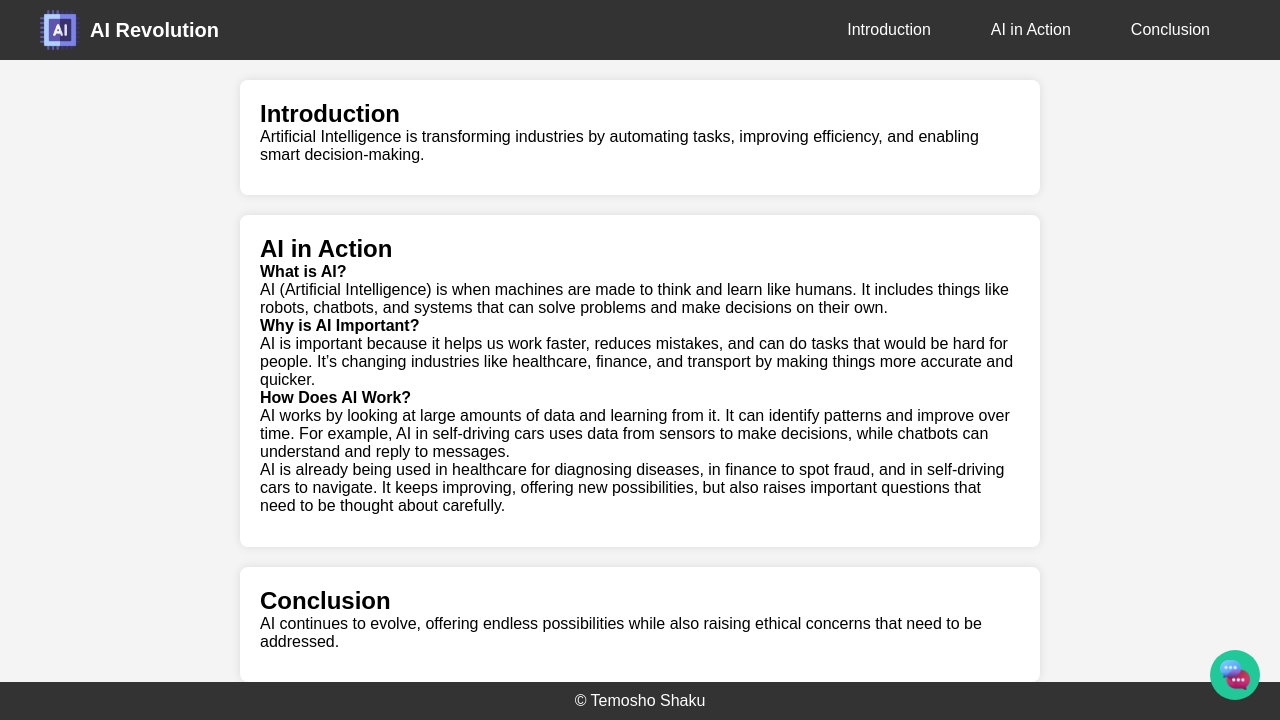
Repository: TemoshoS/ai
Page: index.html
An editor plug-in stored every save of this project. The page is shown before and after the next save, followed by the edit.
The browser window is 1280 px wide. The pictures show the whole page.

Above is the page before, as saved 2025-02-16 16:58:18.

After the next save:
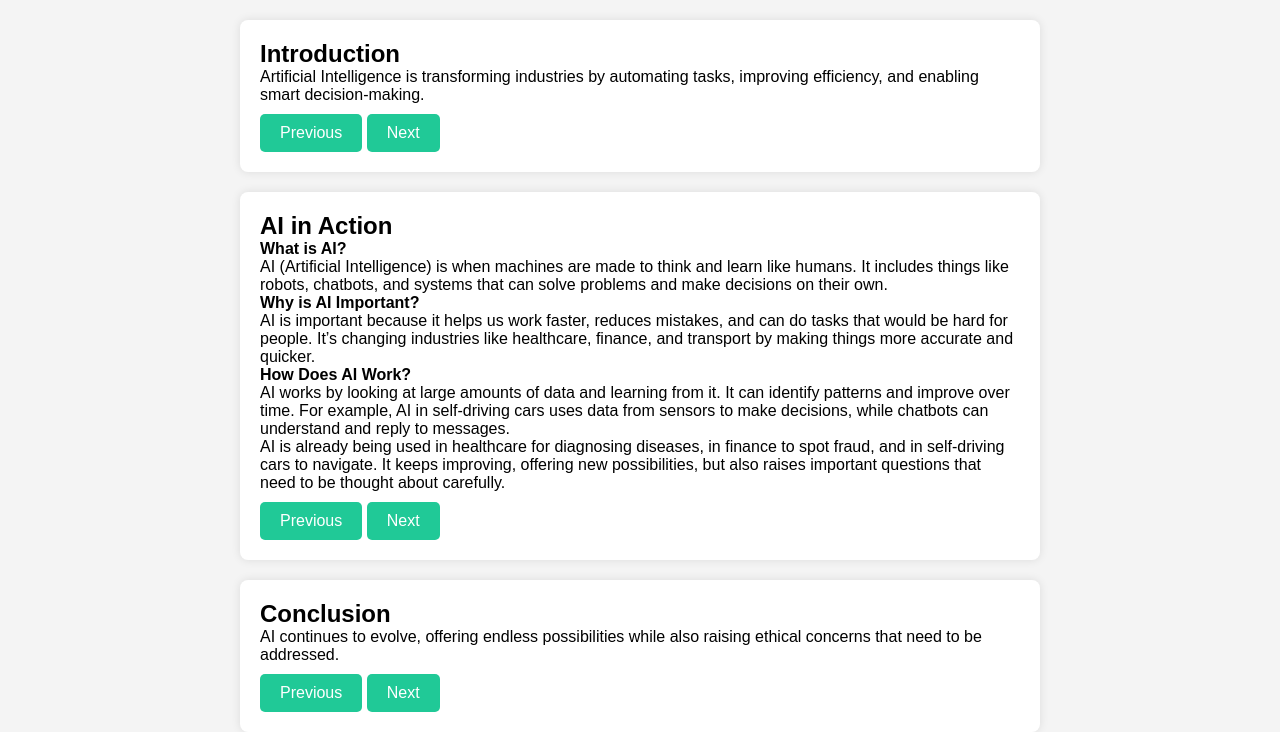
Console error: TypeError: Cannot read properties of null (reading 'addEventListener')
Saved 17 h 34 min later.
--- a/index.html
+++ b/index.html
@@ -3,28 +3,15 @@
 <head>
     <meta charset="UTF-8">
     <meta name="viewport" content="width=device-width, initial-scale=1.0">
-    <title>AI Revolution</title>
+    <title>AI Navigation</title>
     <link rel="stylesheet" href="styles.css">
 </head>
 <body>
-
-    <nav>
-        <div class="nav-container">
-            <div class="logo">
-                <img src="./ai.png" alt="AI Logo">
-                <span>AI Revolution</span>
-            </div>
-            <ul class="nav-links">
-                <li><a href="#intro">Introduction</a></li>
-                <li><a href="#body">AI in Action</a></li>
-                <li><a href="#conclusion">Conclusion</a></li>
-            </ul>
-        </div>
-    </nav>
-
     <section id="intro">
         <h2>Introduction</h2>
         <p>Artificial Intelligence is transforming industries by automating tasks, improving efficiency, and enabling smart decision-making.</p>
+        <button class="prev" disabled>Previous</button>
+        <button class="next">Next</button>
     </section>
 
     <section id="body">
@@ -36,39 +23,17 @@
         <p><strong>How Does AI Work?</strong><br>AI works by looking at large amounts of data and learning from it. It can identify patterns and improve over time. For example, AI in self-driving cars uses data from sensors to make decisions, while chatbots can understand and reply to messages.</p>
 
         <p>AI is already being used in healthcare for diagnosing diseases, in finance to spot fraud, and in self-driving cars to navigate. It keeps improving, offering new possibilities, but also raises important questions that need to be thought about carefully.</p>
+
+        <button class="prev">Previous</button>
+        <button class="next">Next</button>
     </section>
-
-    <div id="chatbot">
-
-
-        <!-- Chat Icon -->
-        <div id="chatIcon">
-            <img src="./speech-bubble.png" alt="Chat" />
-        </div>
-
-        <!-- Chat Box -->
-        <div id="chatBox">
-            <div class="chat-header">
-                <span>AI Chat</span>
-                <button id="closeChat">&times;</button>
-            </div>
-            <div class="chat-body">
-                <p>Welcome! Ask me anything.</p>
-            </div>
-            <input type="text" id="chatInput" placeholder="Type your message...">
-            <button id="sendChat">Send</button>
-        </div>
-    </div>
-
 
     <section id="conclusion">
         <h2>Conclusion</h2>
         <p>AI continues to evolve, offering endless possibilities while also raising ethical concerns that need to be addressed.</p>
+        <button class="prev">Previous</button>
+        <button class="next" disabled>Next</button>
     </section>
-
-    <footer>
-        <p>&copy; Temosho Shaku</p>
-    </footer>
 
     <script src="script.js"></script>
 </body>

After the save that followed:
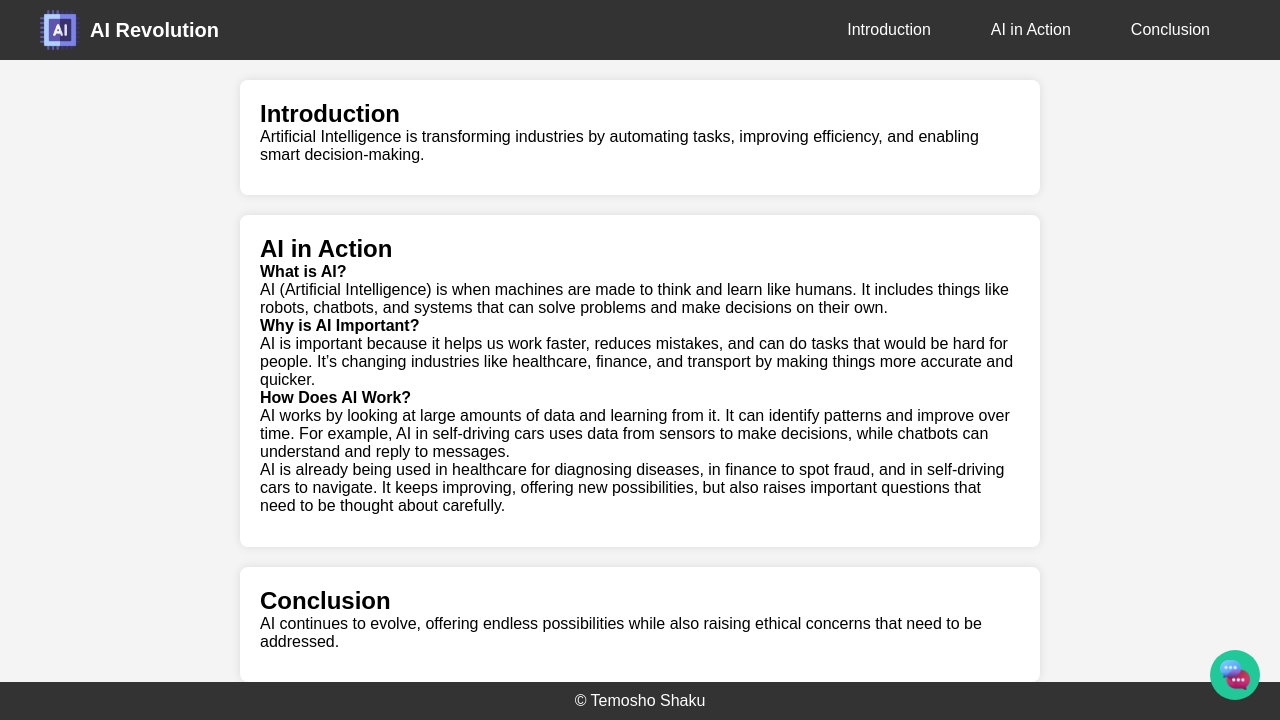
The error is gone.
Saved 26 s later.
--- a/index.html
+++ b/index.html
@@ -3,15 +3,28 @@
 <head>
     <meta charset="UTF-8">
     <meta name="viewport" content="width=device-width, initial-scale=1.0">
-    <title>AI Navigation</title>
+    <title>AI Revolution</title>
     <link rel="stylesheet" href="styles.css">
 </head>
 <body>
+
+    <nav>
+        <div class="nav-container">
+            <div class="logo">
+                <img src="./ai.png" alt="AI Logo">
+                <span>AI Revolution</span>
+            </div>
+            <ul class="nav-links">
+                <li><a href="#intro">Introduction</a></li>
+                <li><a href="#body">AI in Action</a></li>
+                <li><a href="#conclusion">Conclusion</a></li>
+            </ul>
+        </div>
+    </nav>
+
     <section id="intro">
         <h2>Introduction</h2>
         <p>Artificial Intelligence is transforming industries by automating tasks, improving efficiency, and enabling smart decision-making.</p>
-        <button class="prev" disabled>Previous</button>
-        <button class="next">Next</button>
     </section>
 
     <section id="body">
@@ -23,17 +36,39 @@
         <p><strong>How Does AI Work?</strong><br>AI works by looking at large amounts of data and learning from it. It can identify patterns and improve over time. For example, AI in self-driving cars uses data from sensors to make decisions, while chatbots can understand and reply to messages.</p>
 
         <p>AI is already being used in healthcare for diagnosing diseases, in finance to spot fraud, and in self-driving cars to navigate. It keeps improving, offering new possibilities, but also raises important questions that need to be thought about carefully.</p>
+    </section>
 
-        <button class="prev">Previous</button>
-        <button class="next">Next</button>
-    </section>
+    <div id="chatbot">
+
+
+        <!-- Chat Icon -->
+        <div id="chatIcon">
+            <img src="./speech-bubble.png" alt="Chat" />
+        </div>
+
+        <!-- Chat Box -->
+        <div id="chatBox">
+            <div class="chat-header">
+                <span>AI Chat</span>
+                <button id="closeChat">&times;</button>
+            </div>
+            <div class="chat-body">
+                <p>Welcome! Ask me anything.</p>
+            </div>
+            <input type="text" id="chatInput" placeholder="Type your message...">
+            <button id="sendChat">Send</button>
+        </div>
+    </div>
+
 
     <section id="conclusion">
         <h2>Conclusion</h2>
         <p>AI continues to evolve, offering endless possibilities while also raising ethical concerns that need to be addressed.</p>
-        <button class="prev">Previous</button>
-        <button class="next" disabled>Next</button>
     </section>
+
+    <footer>
+        <p>&copy; Temosho Shaku</p>
+    </footer>
 
     <script src="script.js"></script>
 </body>
